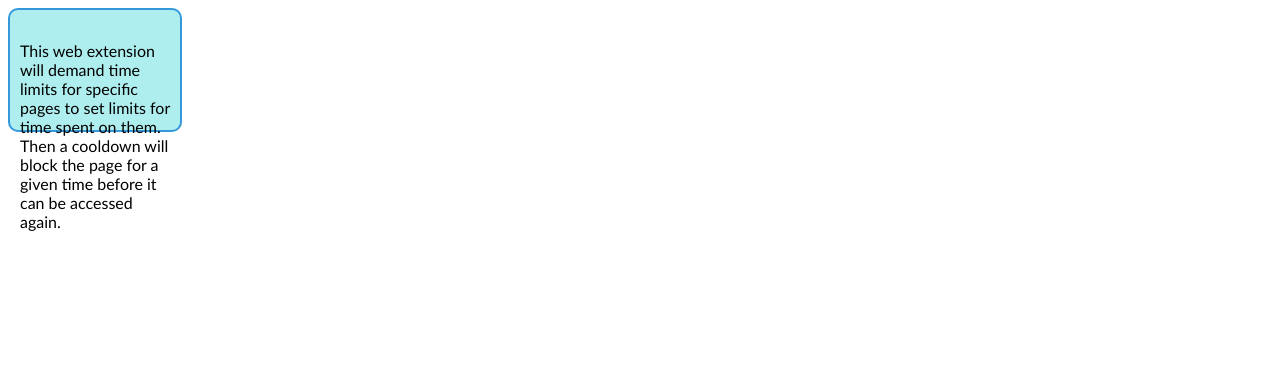
Repository: AndrlmMass/Time-management-chrome-extension
Page: popup.html
The author's editor kept a copy of each file at every save. The page is drawn from the files as they stood at one save, then again after the next save.
The browser window is 1280 px wide. The pictures show the whole page.

Above is the page before, as saved 2023-08-22 15:20:35.

After the next save:
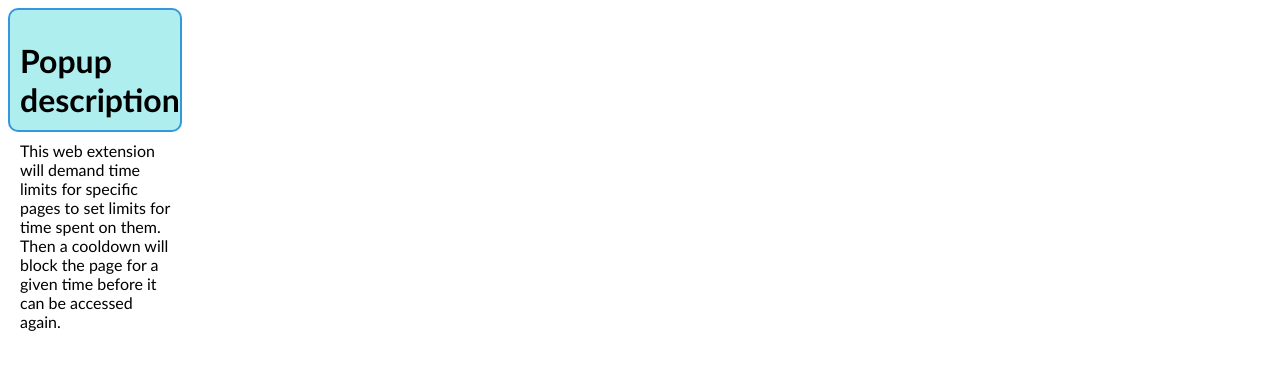
Saved 6 s later.
--- a/popup.html
+++ b/popup.html
@@ -6,7 +6,7 @@
 </head>
 <body>
   <div id="popup-container">
-    <h1></h1>
+    <h1>Popup description</h1>
     <p> This web extension will demand time limits for specific pages to set limits for time spent on them. Then a cooldown will block the page for a given time before it can be accessed again.</p>
   </div>
   <script src="popup.js"></script>
